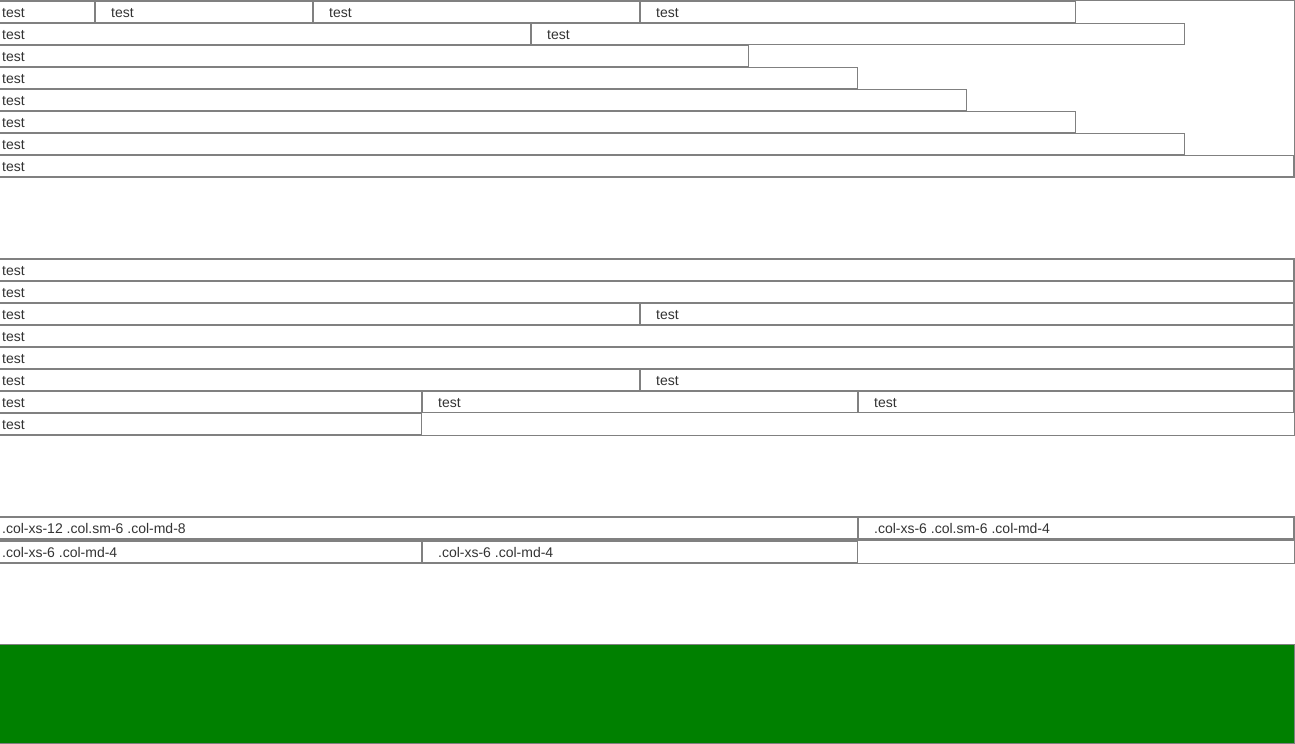
Repository: Umkimisstrong/UM_Webbb
Page: BootstrapApp/WebContent/BootEx07.html
An editor plug-in stored every save of this project. The page is shown before and after the next save, followed by the edit.
The browser window is 1280 px wide. The page is 1295 px wide, so the pictures cover 1295 px, including what lies to the right of the window. The pictures show the whole page.

Above is the page before, as saved 2022-05-16 05:10:56.

### BootstrapApp/WebContent/BootEx07.html
<!DOCTYPE html>
<html>
<head>
<meta charset="UTF-8">
<title>BootEx07.html</title>
<style type="text/css">
	div
	{
		border: 1px solid gray;
	}
</style>
<link rel="stylesheet" type="text/css" href="css/bootstrap.css">
<script type="text/javascript" src="http://code.jquery.com/jquery.min.js"></script>
<script type="text/javascript" src="js/bootstrap.min.js"></script>

</head>
<body>

<!--
	※ 그리드시스템 → 영역 분할 ▶ 기본 12 분할

	   사용할 클래스 『.col-xs』    『.col-sm』 『.col-md』 『.col-lg』

	   브라우저 크기   아주작은기기   작은기기   중간기기   큰기기

 -->

<div class="row">
	<div class="col-xs-1">test</div>	<!-- 1 / 12 차지 -->
	<div class="col-xs-2">test</div>	<!-- 2 / 12 차지 -->
	<div class="col-xs-3">test</div>	<!-- 3 / 12 차지 -->
	<div class="col-xs-4">test</div>	<!-- 4 / 12 차지 -->
	<div class="col-xs-5">test</div>	<!-- 5 / 12 차지 -->
	<div class="col-xs-6">test</div>	<!-- 6 / 12 차지 -->
	<div class="col-xs-7">test</div>	<!-- 7 / 12 차지 -->
	<div class="col-xs-8">test</div>	<!-- 8 / 12 차지 -->
	<div class="col-xs-9">test</div>	<!-- 9 / 12 차지 -->
	<div class="col-xs-10">test</div>	<!-- 10 / 12 차지 -->
	<div class="col-xs-11">test</div>	<!-- 11 / 12 차지 -->
	<div class="col-xs-12">test</div>	<!-- 12 / 12 차지 -->

</div>
<br />
<br />
<br />
<br />

<div class="row">
	<div class="col-xs-12">test</div>
	<div class="col-xs-12">test</div>
	<div class="col-xs-6">test</div>
	<div class="col-xs-6">test</div>
	<div class="col-xs-12">test</div>
	<div class="col-xs-12">test</div>
	<div class="col-xs-6">test</div>
	<div class="col-xs-6">test</div>
	<div class="col-xs-4">test</div>
	<div class="col-xs-4">test</div>
	<div class="col-xs-4">test</div>
	<div class="col-xs-4">test</div>

</div>
<br />
<br />
<br />
<br />
<div class="row">
	<div class="col-xs-12 col-sm-6 col-md-8">.col-xs-12 .col.sm-6 .col-md-8</div>
	<div class="col-xs-6 col-sm-6 col-md-4">.col-xs-6 .col.sm-6 .col-md-4</div>
</div>

<div class="row">
	<div class="col-xs-6 col-md-4">.col-xs-6 .col-md-4</div>
	<div class="col-xs-6 col-md-4">.col-xs-6 .col-md-4</div>
</div>

<br />
<br />
<br />
<br />


<div class="row" style="height: 100px; background-color: green;"></div>








</body>
</html>

Loaded but not shown: BootstrapApp/WebContent/css/bootstrap.css (library); BootstrapApp/WebContent/js/bootstrap.min.js (library)

After the next save:
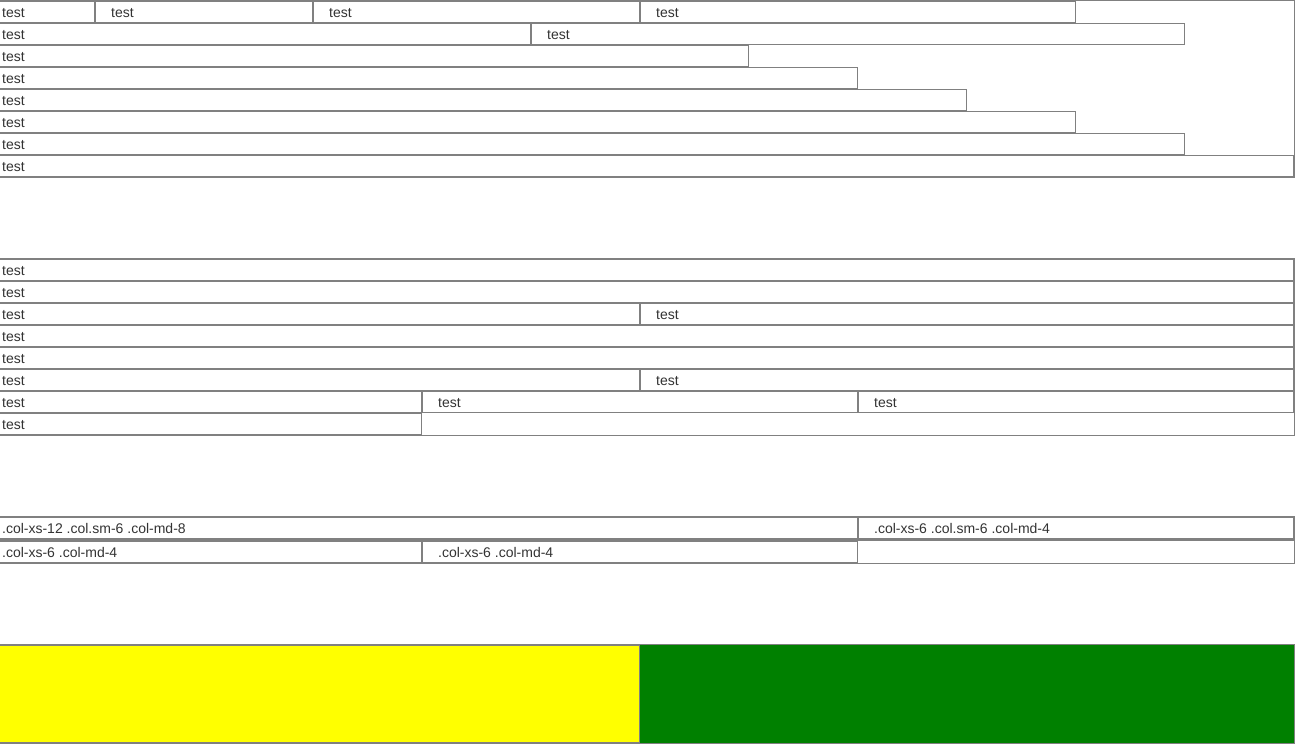
Saved 41 s later.
--- a/BootstrapApp/WebContent/BootEx07.html
+++ b/BootstrapApp/WebContent/BootEx07.html
@@ -80,7 +80,11 @@
 <br />
 
 
-<div class="row" style="height: 100px; background-color: green;"></div>
+<div class="row" style="height: 100px; background-color: green;">
+	<div class="col-xs-4 col-sm-12 col-md-6"
+	     style="height: 98px; background-color: yellow"></div>
+
+</div>
 
 
 
